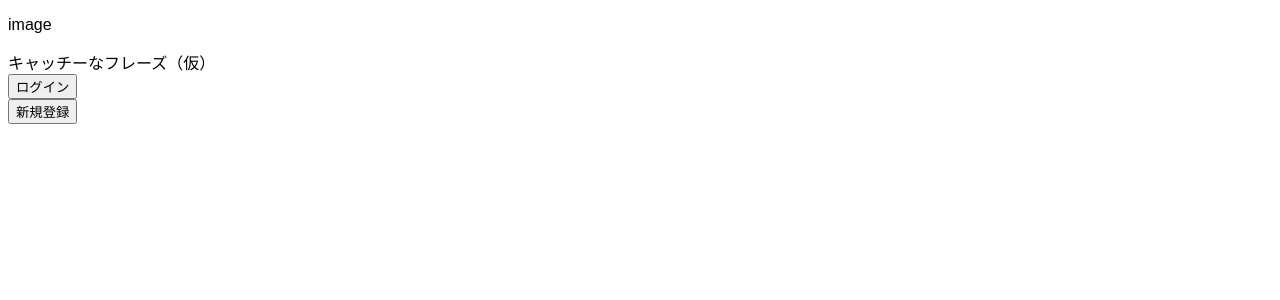
Repository: kyoko-shiraishi/Reproduce
Page: http://localhost/index
These files come from the project's save history. The page is drawn as it stood at one moment and after the next save; the edit follows.
The browser window is 1280 px wide. The pictures show the whole page.
The page is served by the project's Laravel application, run on PHP 8.4 with Laravel 12. Other server files are loaded and not shown. Queries for data that is not in the repository find no rows.

Above is the page before, as saved 2024-10-21 14:45:47.

### app/Providers/AppServiceProvider.php
<?php
namespace App\Providers;

use Illuminate\Support\ServiceProvider;
use Illuminate\Support\Facades\View;
use App\Models\Category; // Categoryモデルをインポート

class AppServiceProvider extends ServiceProvider
{
    public function boot()
    {
        // \URL::forceScheme('https');
        // すべてのビューにカテゴリを渡す
        View::composer('*', function ($view) {
            $categories = Category::all();
            $view->with('categories', $categories);
        });
    }

    public function register()
    {
        //
    }
}

### routes/web.php
<?php

use App\Http\Controllers\ProfileController;
use Illuminate\Support\Facades\Route;
use App\Http\Controllers\PleaseController;
use App\Http\Controllers\Auth\AuthenticatedSessionController;
use App\Http\Controllers\SearchController;
use App\Http\Controllers\PostController;
use App\Http\Controllers\NewController;
use App\Http\Controllers\LikeController;

// ララベルトップルート
Route::get('/', function () {
    return view('welcome');
});

// トップページ
Route::get('/index', [PleaseController::class, 'index'])->name('index');

// ログインページのルート
Route::get('/login', [AuthenticatedSessionController::class, 'create'])->name('login');

// ログイン処理のルート
Route::post('/login', [AuthenticatedSessionController::class, 'store']);

// 登録ページのルート
Route::get('/register', [RegisteredUserController::class, 'create'])->name('register');

// 登録処理のルート
Route::post('/register', [RegisteredUserController::class, 'store']);

// ダッシュボードのルート
Route::get('/dashboard', function () {
    return view('dashboard');
})->middleware(['auth', 'verified'])->name('dashboard');




// 認証が必要なルート
Route::middleware('auth')->group(function () {
    Route::get('/profile', [ProfileController::class, 'edit'])->name('profile.edit');
    Route::patch('/profile', [ProfileController::class, 'update'])->name('profile.update');
    Route::delete('/profile', [ProfileController::class, 'destroy'])->name('profile.destroy');
});
// ホームページのルート
Route::get('/home',[PleaseController::class,'home'])->name('home');



require __DIR__.'/auth.php';

Route::get('/business',[PleaseController::class,'business'])->name('business');
Route::get('/infomation',[PleaseController::class,'infomation'])->name('infomation');
Route::get('/logo',[PleaseController::class,'logo'])->name('logo');

Route::get('/search',[SearchController::class,'search'])->name('search.results');
Route::get('/post/{id}',[PostController::class,'post'])->name('post');
Route::get('/new_thread_create',[PleaseController::class,'new_thread_create'])->name('new_thread_create');


Route::post('/thread_store',[NewController::class,'thread_store'])->name('thread_store');
Route::get('/new_post_create/{id}', [NewController::class, 'new_post_create'])->name('new_post_create');

Route::post('/post_store/{threadId}', [NewController::class, 'post_store'])->name('post_store');
Route::get('/delete',[PleaseController::class,'delete_show'])->name('delete_show');
Route::post('/delete_selected',[PleaseController::class,'delete_selected'])->name('delete_selected');

Route::post('/thread/like', [LikeController::class, 'likeThread']);

### app/Http/Controllers/PleaseController.php
<?php

namespace App\Http\Controllers;

use Illuminate\Http\Request;
use App\Models\Thread;
use Illuminate\Support\Facades\Auth;
use App\Models\Post;
use App\Models\ThreadLike;

use App\Models\Category;


class PleaseController extends Controller
{
    public function index()
    {
        return view('please.index');
    }

    public function post(Request $request)
    {
        $validate_rule = [
            'mail' => 'email',
            'password' => 'required',
        ];
        $this->validate($request, $validate_rule);
        return view('home.index', ['msg' => 'ログインしました']);
    }





        // paginate→全件総計算
        // simplePaginate→総計算なし。前へと次へのみ。
        // どちらもget()みたいなもん

        public function home(Request $request)
        {
            $sort = $request->input('sort', 'new'); // デフォルトは「新しい順」
            // スレッドを取得
            // withCount はリレーションの名前を入れる→リレーション先のレコード数をカウントしてくれる
            $all_threads = Thread::withCount('thread_likes')
                ->when($sort === 'new', function ($query) {
                    return $query->orderBy('created_at', 'desc'); // 新しい順
                })
                ->when($sort === 'old', function ($query) {
                    return $query->orderBy('created_at', 'asc'); // 古い順
                })
                ->when($sort === 'popular', function ($query) {
                    return $query->orderBy('thread_likes_count', 'desc'); // いいねが多い順
                })
                ->paginate(5);

            return view('please.home', compact('all_threads', 'sort'));


    }


    public function business(){
        return view('please.business');
    }
    public function infomation(){
        return view('please.infomation');
    }

    public function new_thread_create(){
        $categories = Category::all();
        return view('please.new_thread_create', compact('categories'));
    }

    public function new_post_create(){
        return view('please.new_post_create');
    }

    public function delete_show(){
        $threads_you_created=Thread::where('user_id', Auth::id())->get();
        $posts_you_created = Post::where('user_id', Auth::id())->get();
        return view('please.delete',compact('threads_you_created','posts_you_created'));
    }
    public function delete_selected(Request $request)
{
    // スレッドを削除
    if ($request->has('threads')) {
        Thread::destroy($request->input('threads'));
    }

    // ポストを削除
    if ($request->has('posts')) {
        Post::destroy($request->input('posts'));
    }

    return redirect()->back()->with('status', '選択したスレッドとポストが削除されました。');

}


}

### app/Models/Category.php
<?php

namespace App\Models;

use Illuminate\Database\Eloquent\Factories\HasFactory;
use Illuminate\Database\Eloquent\Model;

class Category extends Model
{
    use HasFactory;

    // 保存するデータ
    protected $fillable = ['name'];


    /**
     * 製品とのリレーション
     */
    public function products()
    {
        return $this->hasMany(Product::class, 'category_id');
        // 'category_id' は、Product テーブル内の外部キーのカラム名です。このカラムは、どの Category に属しているかを示します
    }
}

### resources/views/please/index.blade.php
<!DOCTYPE html> <html lang="en">
<head>
<meta charset="UTF-8"> <meta name="viewport" content="width=device-width, initial-scale=1.0">
<title>トップ</title>
 <style> /* ここにCSSを直接書きます */ body { font-family: Arial, sans-serif; } .logo { /* ロゴのスタイル */ }
 </style>
</head>
<body> <div class="logo">
@include('please.logo')
</div>
<div class="catchcopy">キャッチーなフレーズ（仮）
</div>
<!-- ログインボタン実装 -->
 <div class="login-button"> <a href="{{ route('login') }}"> <button>ログイン</button> </a>
</div>
 <!-- 新規ユーザー登録ボタン実装 -->
<div class="registerbutton"> <a href="{{route('register')}}"> <button>新規登録</button> </a>
</div>
</body>
 </html>

### resources/views/please/logo.blade.php



<p>image</p>

Loaded but not shown: routes/auth.php (common file); app/Http/Controllers/Auth/EmailVerificationPromptController.php (common file); app/Http/Controllers/Controller.php (common file); app/Http/Controllers/Auth/VerifyEmailController.php (common file)

After the next save:
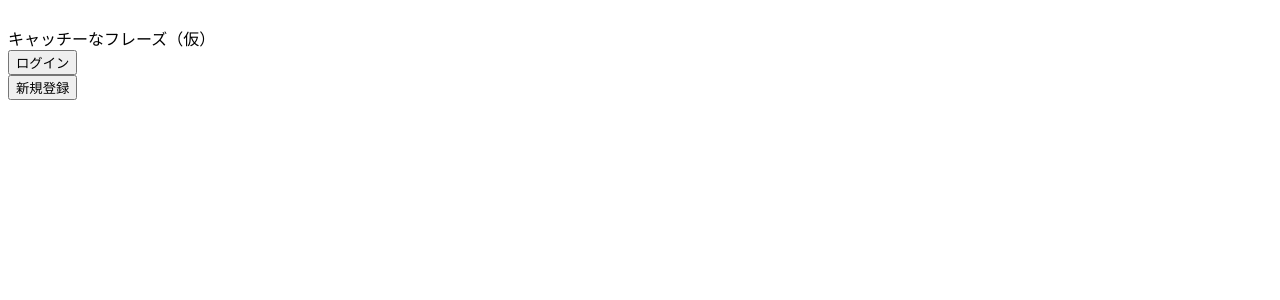
Saved 3 min 19 s later.
--- a/resources/views/please/logo.blade.php
+++ b/resources/views/please/logo.blade.php
@@ -1,4 +1,4 @@
 
 
 
-<p>image</p>
+<img src=""C:\Users\kyon0704\Downloads\復刻.png"" alt="">
